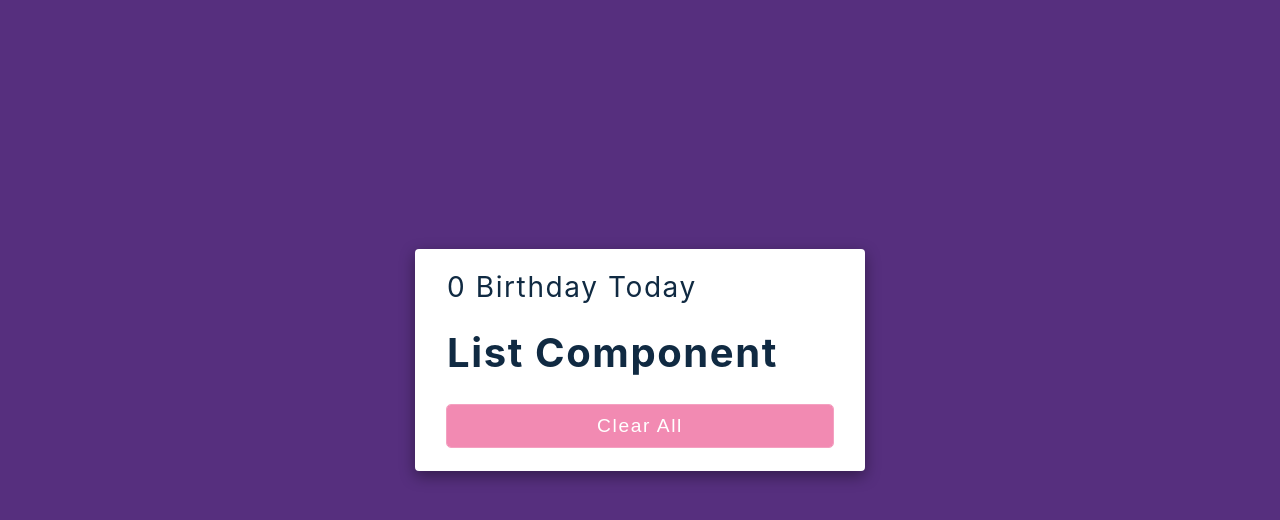
Repository: Chetandev16/Birthday-reminder
Page: /
The author's editor kept a copy of each file at every save. The page is drawn from the files as they stood at one save, then again after the next save.
The browser window is 1280 px wide. The pictures show the whole page.
The project was rebuilt for these pictures with package versions that can differ from the ones it lists, and the page was loaded fresh each time.

Above is the page before, as saved 2022-01-23 17:47:09.

After the next save:
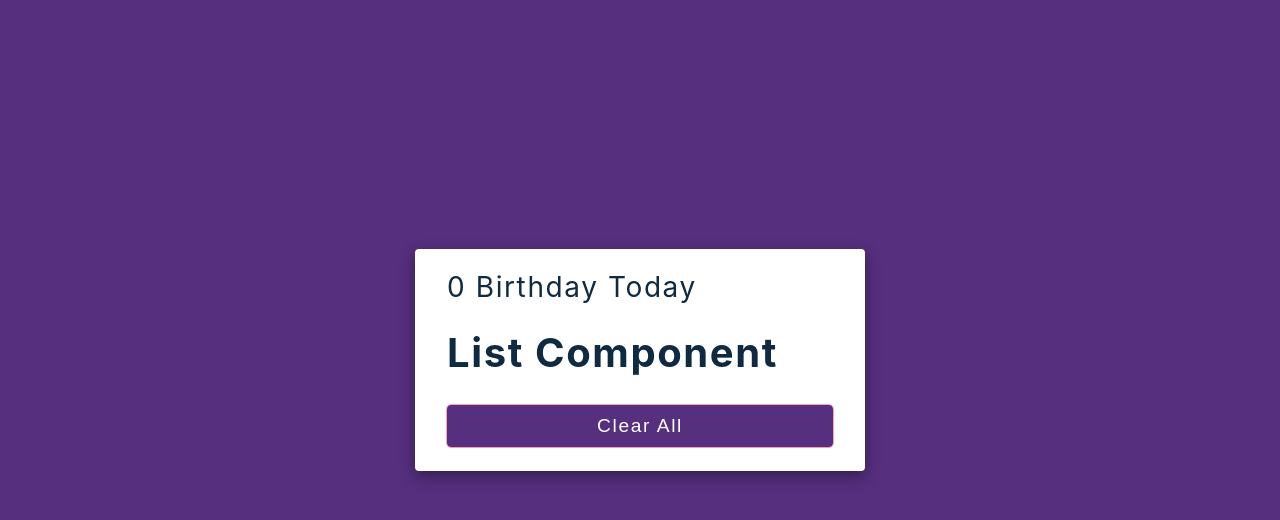
Saved 44 s later.
--- a/src/index.css
+++ b/src/index.css
@@ -180,7 +180,7 @@ main {
   display: block;
   width: 100%;
   border-color: transparent;
-  background: var(--clr-pink);
+  background: var(--clr-purple);
   margin: 2rem auto 0 auto;
   text-transform: capitalize;
   font-size: 1.2rem;
